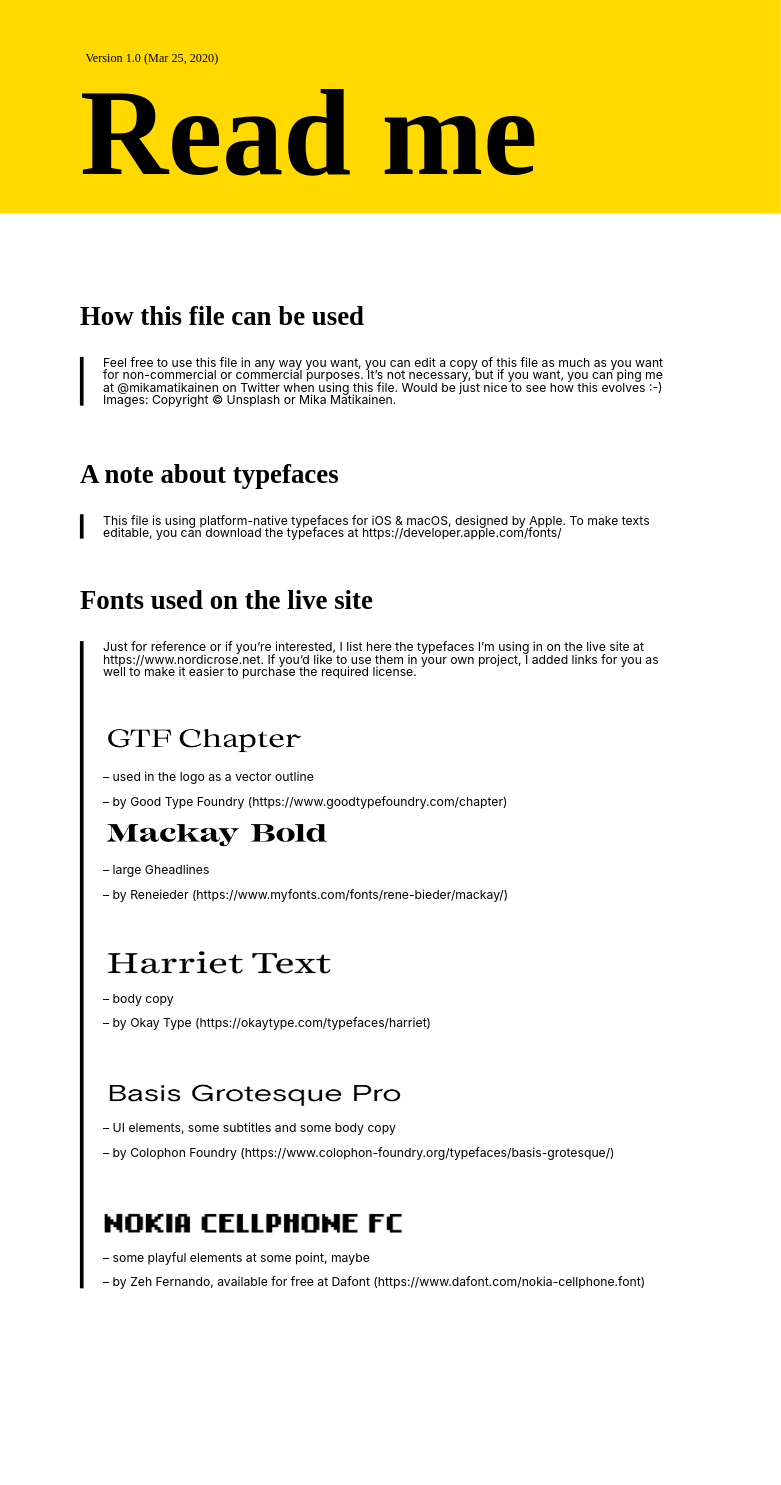
Repository: ThuTrang-jvb/JVB-BT1
Page: readme.html
An editor plug-in stored every save of this project. The page is shown before and after the next save, followed by the edit.
The browser window is 1280 px wide. The pictures show the whole page, at 61% of full size.

Above is the page before, as saved 2025-06-24 13:35:25.

### readme.html
<!DOCTYPE html>
<html lang="en">
<head>
    <meta charset="UTF-8">
    <meta name="viewport" content="width=device-width, initial-scale=1.0">
    <link rel="stylesheet" href="style.css">
    <title>Read me</title>
</head>
<body>
    <header>
        <p class="vers">Version 1.0 (Mar 25, 2020)</p>
        <h1>Read me</h1>
    </header>
    <div class="main">
        <h3>How this file can be used</h3>
        <div class="border1">
            <p>Feel free to use this file in any way you want, you can edit a copy of this file as much as you want for non-commercial or commercial purposes. It’s not necessary, but if you want, you can ping me at @mikamatikainen on Twitter when using this file. Would be just nice to see how this evolves :-)
    Images: Copyright © Unsplash or Mika Matikainen.</p>

        </div>
        <h3>A note about typefaces</h3>
        <div class="border2">
            <p>This file is using platform-native typefaces for iOS & macOS, designed by Apple. To make texts editable, you can download the typefaces at https://developer.apple.com/fonts/</p>
        </div>
        <h3>Fonts used on the live site</h3>
        <div class="border3">
            <div>
                <p>Just for reference or if you’re interested, I list here the typefaces I’m using in on the live site at https://www.nordicrose.net. If you’d like to use them in your own project, I added links for you as well to make it easier to purchase the required license.</p>
            </div>
            <div>
                <img src="image_readme/gft chapter.png" alt="GFT Chapter" class="type1">
                <p>– used in the logo as a vector outline </p>
                <p>– by Good Type Foundry (https://www.goodtypefoundry.com/chapter)</p>
            </div>
            <div>
                <img src="image_readme/mackay blod.png" alt="Mackay Bold" class="type2">
                <p>– large  Gheadlines </p>
                <p>– by Reneieder (https://www.myfonts.com/fonts/rene-bieder/mackay/)</p>
            </div>
            <div>
                <img src="image_readme/harriet.png" alt="Harriet Text" class="type3">
                <p>– body copy</p>
                <p>– by Okay Type (https://okaytype.com/typefaces/harriet)</p>
            </div>
            <div>
                <img src="image_readme/basis.png" alt="Basic Grotesque Pro" class="type4">
                <p>– UI elements, some subtitles and some body copy </p>
                <p>– by Colophon Foundry (https://www.colophon-foundry.org/typefaces/basis-grotesque/)</p>
            </div>
            <div>
                <img src="image_readme/nokia.png" alt="NOKIA CELLPHONE FC" class="type5">
                <p>– some playful elements at some point, maybe</p>
                <p>– by Zeh Fernando, available for free at Dafont (https://www.dafont.com/nokia-cellphone.font)</p>
            </div>

        </div>
    </div>
</body>
</html>

### Page1/style.css
body {
    margin:0;
    padding: 0;
}
header {
    background: #FFD900;
    padding: 65px 563px 32px 131px;
    box-sizing: border-box;
    height: 350px;
}
h1 {
    font-family: New York Extra Large;
    font-weight: 700;
    font-size: 200px;
    line-height: 100%;
    letter-spacing: 0%;
    margin: 0;
    width: 829px;
    height: auto;

}
.vers {
    font-family: SF Mono;
    font-weight: 400;
    font-size: 20px;
    line-height: 100%;
    letter-spacing: 0%;
    padding-left: 9px;
    margin-bottom: 14px;
}
h3{
    font-family: New York Extra Large;
    font-weight: 700;
    font-size: 44px;
    line-height: 100%;
    letter-spacing: 0%;
}
p {
    font-family: SF Pro Text;
    font-weight: 400;
    font-size: 20px;
    line-height: 100%;
    letter-spacing: 0%;
    max-width: 923px;
    padding-left: 29px;
}
.main {
    padding-left: 131px;
    padding-bottom: 302px;
    padding-top: 103px;
}
.border1, .border2, .border3  {
    border-left: 6px solid black;
    padding-left: 3px;
}
img {
    padding-left: 29px;
}
.border1 {
    margin-top: 26px;
    margin-bottom: 90px;
}
.border2 {
    margin-top: 26px;
    margin-bottom: 80px;
}
.border3 {
    margin-top: 24px;
}
.type1 {
    width: 333.8832702636719px;
    height: 50.220001220703125px;
    padding-top: 58.8px;
}
.type2 {
    width: 382.34869384765625px;
    height: 48.06000518798828px;
    padding-top: 52.px;
}
.type3 {
    width: 382.34869384765625px;
    height: 48.06000518798828px;
    padding-top: 58.8px;
}
.type4 {
    width: 493.82196044921875px;
    height: 49.57200241088867px;
    padding-top: 58.8px;
}
.type5 {
    width: 493.82196044921875px;
    height: 49.57200241088867px;
    padding-top: 58.8px;
}

After the next save:
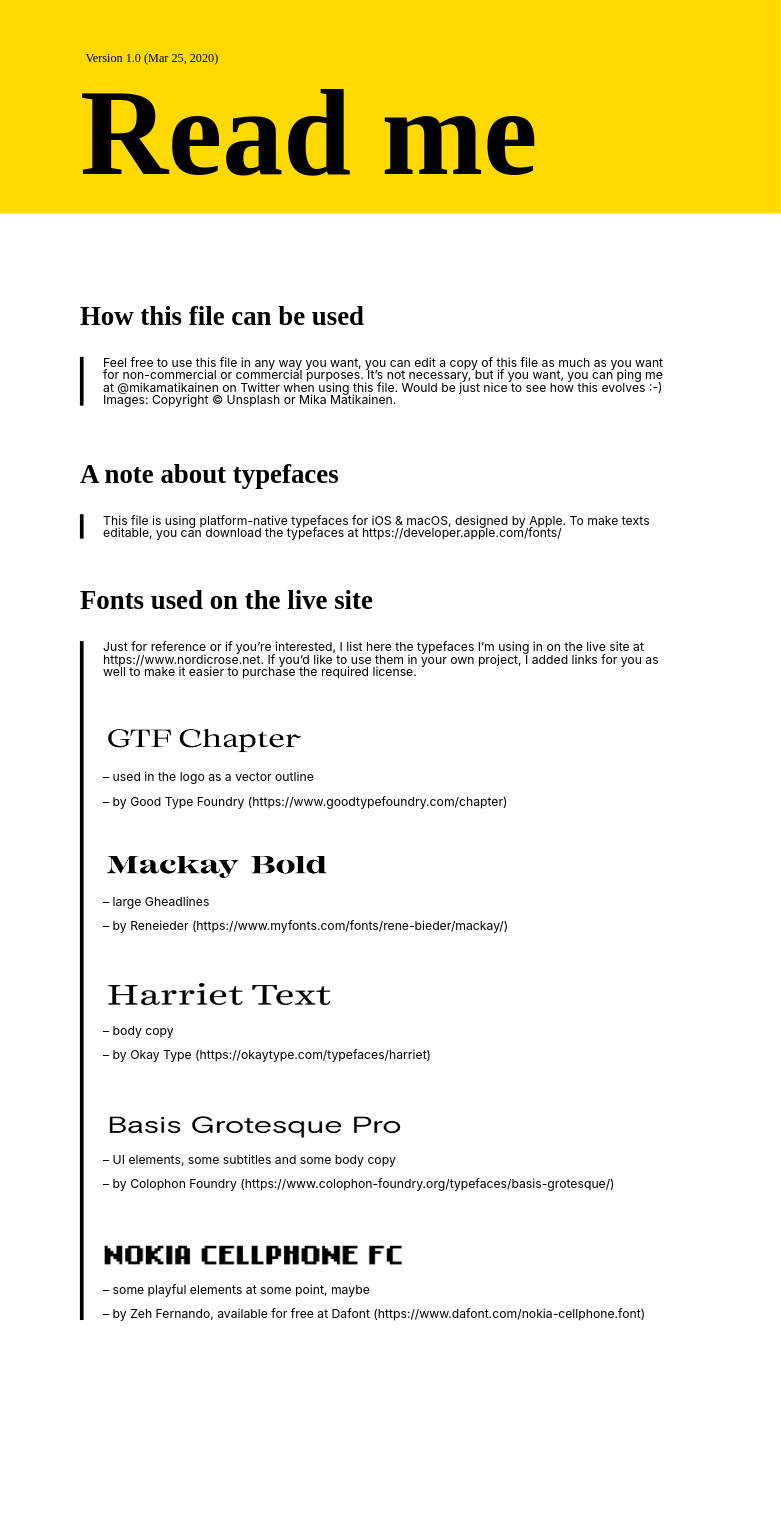
Saved 9 s later.
--- a/Page1/style.css
+++ b/Page1/style.css
@@ -75,7 +75,7 @@ img {
 .type2 {
     width: 382.34869384765625px;
     height: 48.06000518798828px;
-    padding-top: 52.px;
+    padding-top: 52.2px;
 }
 .type3 {
     width: 382.34869384765625px;
